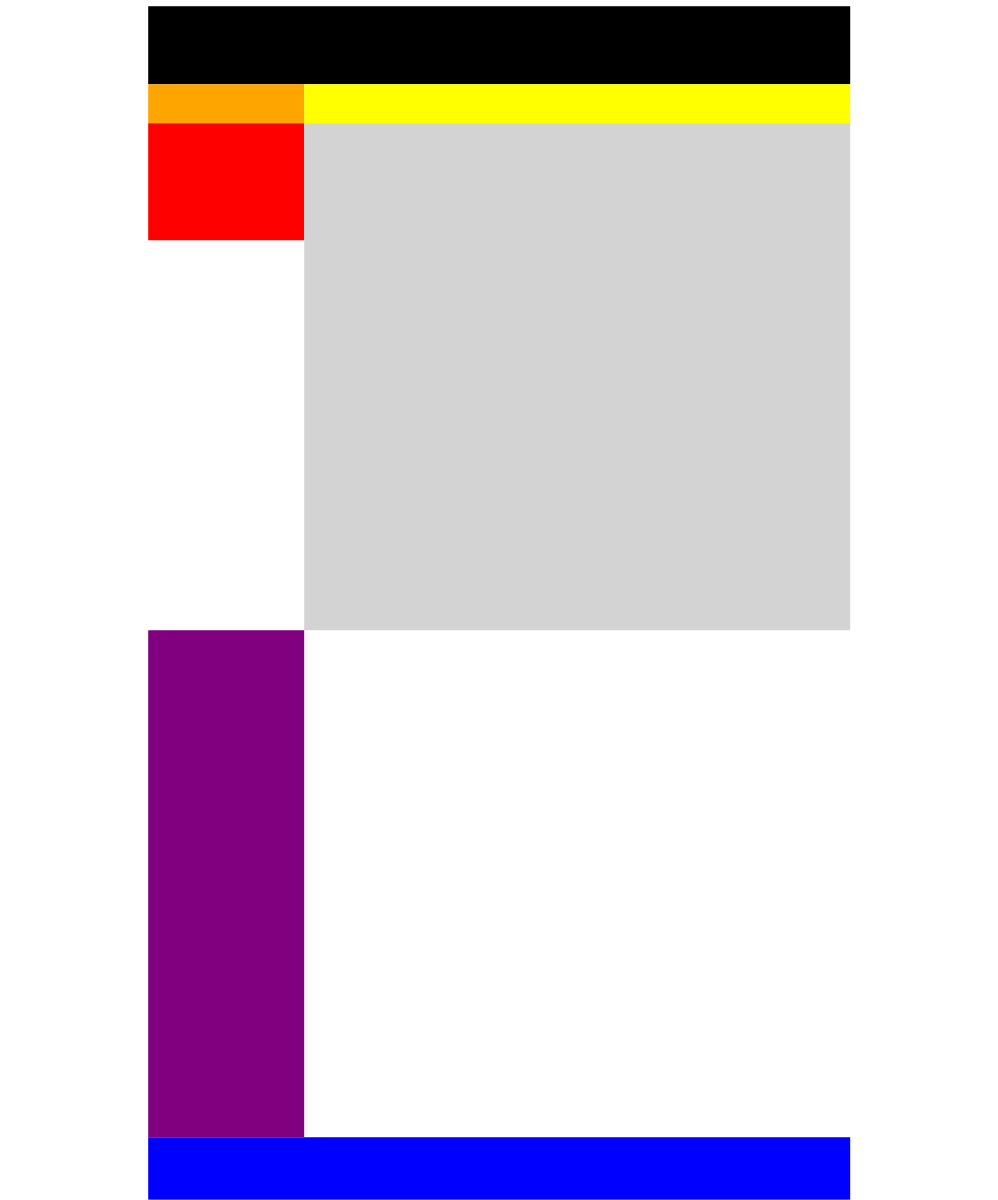
Repository: marudaga/html-css-lecture
Page: work/study/src/main/webapp/htmlEx/ch03/quiz.html
An editor plug-in stored every save of this project. The page is shown before and after the next save, followed by the edit.
The browser window is 1280 px wide. The pictures show the whole page, at 78% of full size.

Above is the page before, as saved 2022-09-06 12:20:03.

After the next save:
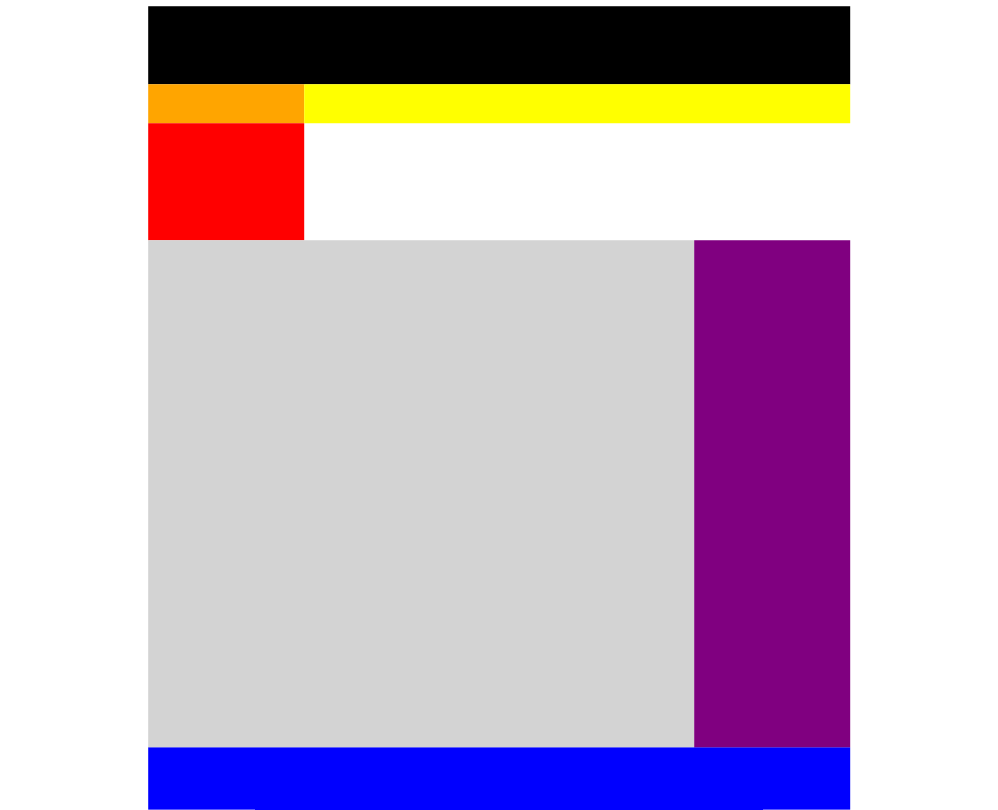
Saved 29 min 4 s later.
--- a/work/study/src/main/webapp/htmlEx/ch03/quiz.html
+++ b/work/study/src/main/webapp/htmlEx/ch03/quiz.html
@@ -52,7 +52,7 @@
 		<div style="clear: both"></div>
 		<div>
 			<div class="box4" style="float: left; background: red; clear: both;"></div>
-			<div class="box6" style="float: left; background: lightgray;"></div>
+			<div class="box6" style="float: left; background: lightgray;clear: both;"></div>
 			<div class="box5" style="background: purple;float: left;"></div>
 		</div>
 
